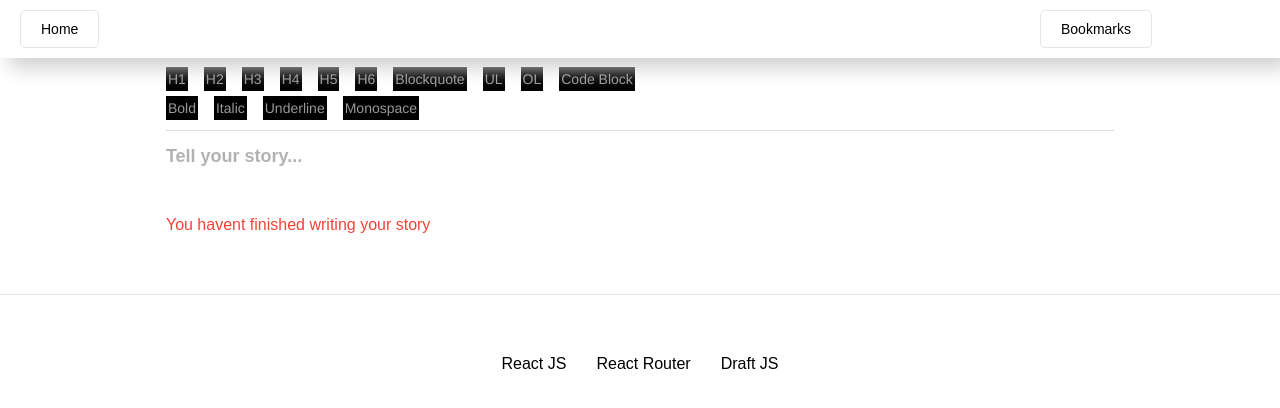
Repository: DevLaukey/task
Page: /react-mini-blog/new
These files come from the project's save history. The page is drawn as it stood at one moment and after the next save; the edit follows.
The browser window is 1280 px wide. The pictures show the whole page.
The project was rebuilt for these pictures with package versions that can differ from the ones it lists, and the page was loaded fresh each time. Also part of the build but not shown: src/data.js, src/helper.js, src/Components/content/content.css, src/Components/content/Bookmarks.js, src/Components/content/Post.js, src/Components/content/Posts.js, src/Components/content/Content.js, src/Components/content/Bookmark.js and 2 more.

Above is the page before, as saved 2022-06-13 13:52:59.

### public/index.html
<!DOCTYPE html>
<html lang="en">
  <head>
    <meta charset="utf-8">
    <meta name="viewport" content="width=device-width, initial-scale=1, shrink-to-fit=no">
    <meta name="theme-color" content="#000000">
    <!--
      manifest.json provides metadata used when your web app is added to the
      homescreen on Android. See https://developers.google.com/web/fundamentals/engage-and-retain/web-app-manifest/
    -->
    <link rel="manifest" href="%PUBLIC_URL%/manifest.json">
    <link rel="shortcut icon" href="%PUBLIC_URL%/favicon.ico">
    <!--
      Notice the use of %PUBLIC_URL% in the tags above.
      It will be replaced with the URL of the `public` folder during the build.
      Only files inside the `public` folder can be referenced from the HTML.

      Unlike "/favicon.ico" or "favicon.ico", "%PUBLIC_URL%/favicon.ico" will
      work correctly both with client-side routing and a non-root public URL.
      Learn how to configure a non-root public URL by running `npm run build`.
    -->
    <title>React Mini Blog - By Zonayed Ahmed</title>
  </head>
  <body>
    <noscript>
      You need to enable JavaScript to run this app.
    </noscript>
    <div id="root"></div>
    <!--
      This HTML file is a template.
      If you open it directly in the browser, you will see an empty page.

      You can add webfonts, meta tags, or analytics to this file.
      The build step will place the bundled scripts into the <body> tag.

      To begin the development, run `npm start` or `yarn start`.
      To create a production bundle, use `npm run build` or `yarn build`.
    -->
  </body>
</html>

### src/App.js
import React, { Component } from "react";
import { BrowserRouter as Router, Route } from "react-router-dom";
import "./App.css";
import data from "./data";
import Footer from "./Components/footer/Footer";
import Header from "./Components/header/Header";
import Content from "./Components/content/Content";
import Bookmark from "./Components/content/Bookmark";
import NewStory from "./Components/posts/NewStory";
import SinglePost from "./Components/posts/SinglePost";

export default class App extends Component {
  constructor(props) {
    super(props);
    this.state = {
      posts: data,
    };

    this.handleBookmark = this.handleBookmark.bind(this);
    this.handleRemoveBookmark = this.handleRemoveBookmark.bind(this);
    this.handleSubmission = this.handleSubmission.bind(this);
    this.handleRemove = this.handleRemove.bind(this);
  }

  handleBookmark(data) {
    let posts = this.state.posts;
    posts = posts.map((post) =>
      post === data
        ? { id: post.id, title: post.title, body: post.body, bookmark: true }
        : post
    );
    this.setState({ posts });
  }

  handleRemoveBookmark(data) {
    let posts = this.state.posts;
    posts = posts.map((post) =>
      post === data
        ? { id: post.id, title: post.title, body: post.body, bookmark: false }
        : post
    );
    this.setState({ posts });
  }

  handleSubmission(data) {
    let posts = this.state.posts;
    posts = [data, ...posts];
    this.setState({ posts });
  }

  handleRemove(post, history) {
    let posts = this.state.posts;
    posts = posts.filter((onepost) => onepost !== post);
    this.setState({ posts });
    history.push("/");
    this.handleWindow();
  }

  handleWindow() {
    window.scrollTo(0, 0);
  }

  render() {
    return (
      <Router basename="/react-mini-blog">
        <div className="App">
          <Route path="*" render={(props) => <Header {...props} />} />
          <Route
            exact
            path="/"
            render={() => (
              <Content
                posts={this.state.posts}
                bookmarks={this.state.posts.filter((post) => post.bookmark)}
                handleBookmark={this.handleBookmark}
                handleRemoveBookmark={this.handleRemoveBookmark}
              />
            )}
          />
          <Route
            exact
            path="/new"
            render={() => <NewStory handleSubmission={this.handleSubmission} />}
          />
          <Route
            exact
            path="/bookmark"
            render={() => (
              <Bookmark
                bookmarks={this.state.posts.filter((post) => post.bookmark)}
              />
            )}
          />
          <Route
            exact
            path="/post/:id"
            render={(props) => (
              <SinglePost
                {...props}
                posts={this.state.posts}
                handleBookmark={this.handleBookmark}
                handleRemoveBookmark={this.handleRemoveBookmark}
                handleRemove={this.handleRemove}
                handleWindow={this.handleWindow()}
              />
            )}
          />
          <Footer />
        </div>
      </Router>
    );
  }
}

### src/App.css
* {
  box-sizing: border-box;
  margin: 0;
  padding: 0;
}

.App {
  width: 100vw;
}

.btn {
  background: #fff;
  border: solid 1px rgba(0, 0, 0, 0.1);
  padding: 10px 20px;
  font-size: 14px;
  border-radius: 5px;
  margin: 10px;
}

a.btn {
  text-decoration: none;
  color: #000;
}

.btn:hover {
  cursor: pointer;
  border-color: #000;
}



.input-title {
  font-size: 32px;
  width: 100%;
  font-weight: 700;
  border: none;
  box-shadow: none;
  padding: 15px 0;
}

.input-title:focus {
  outline: none;
}

.richtext-editor {
  width: calc(100% / 1.35);
  margin: 0 auto;
}

.RichEditor-styleButton {
  background-color: #000;
  color: #fff;
  padding: 2px 5px;
  margin: 0;
  margin-right: 10px;
  border: 2px solid transparent;
}

.RichEditor-activeButton {
  border-color: #000;
  color: #000;
  background-color: transparent;
}

.public-DraftEditorPlaceholder-root {
  padding: 0;
  position: absolute;
  color: rgba(0, 0, 0, 0.3);
  font-weight: 700;
  font-size: 18px;
}

.public-DraftEditorPlaceholder-inner {
  font-size: 18px;
}

.msg-success {
  color: #4caf50;
}

.msg-error {
  color: #f44336;
}

### src/Components/footer/Footer.js
import React from 'react';
import "./footer.css"
export default () => {
  return (
    <footer>
      <div className="footer">
        <ul>
          <li>React JS</li>
          <li>React Router</li>
          <li>Draft JS</li>
        </ul>
      </div>
    </footer>
  )
}

### src/Components/header/Header.js
import React from "react";
import { Link } from "react-router-dom";
import "./header.css";

export default ({ match: { url } }) => {
  return (
    <header>
      <nav className="navbar">
        <div className="header__newStory">
          {url === "/" ? (
            <Link to="/new" className="btn btn-new">
              New Story
            </Link>
          ) : (
            <Link to="/" className="btn btn-new">
              Home
            </Link>
          )}
        </div>
        <div className="header__bookmarks">
          <Link to="/bookmark" className="btn btn-bookmarks">
            Bookmarks
          </Link>
        </div>
      </nav>
    </header>
  );
};

### src/Components/posts/NewStory.js
import React, { Component } from "react";
import uuidv1 from "uuid/v1";
import { Editor, EditorState, RichUtils, getDefaultKeyBinding } from "draft-js";
import { stateToHTML } from "draft-js-export-html";
import BlockStyleControls from "../RichText/BlockStyleControls";
import InlineStyleControls from "../RichText/InlineStyleControls";
import "./posts.css";
import "../../RichText.css";

export default class NewStory extends Component {
  constructor(props) {
    super(props);
    this.state = {
      editorState: EditorState.createEmpty(),
      title: "",
      body: "",
      done: "no",
    };

    this.focus = () => this.refs.editor.focus();
    this.onChange = this.onChange.bind(this);
    this.handleKeyCommand = this._handleKeyCommand.bind(this);
    this.mapKeyToEditorCommand = this._mapKeyToEditorCommand.bind(this);
    this.toggleBlockType = this._toggleBlockType.bind(this);
    this.toggleInlineStyle = this._toggleInlineStyle.bind(this);
    this.handleSubmit = this.handleSubmit.bind(this);
  }

  onChange(editorState) {
    this.setState({ editorState });
    const contentState = this.state.editorState.getCurrentContent();
    const html = stateToHTML(contentState);
    this.state.title && this.state.body
      ? this.setState({ done: "done" })
      : console.log(
        "DevLaukey"
        );
    this.setState({ body: html });
  }

  _handleKeyCommand(command, editorState) {
    const newState = RichUtils.handleKeyCommand(editorState, command);
    if (newState) {
      this.onChange(newState);
      return true;
    }
    return false;
  }

  _mapKeyToEditorCommand(e) {
    if (e.keyCode === 9 /* TAB */) {
      const newEditorState = RichUtils.onTab(
        e,
        this.state.editorState,
        4 /* maxDepth */
      );
      if (newEditorState !== this.state.editorState) {
        this.onChange(newEditorState);
      }
      return;
    }
    return getDefaultKeyBinding(e);
  }

  _toggleBlockType(blockType) {
    this.onChange(RichUtils.toggleBlockType(this.state.editorState, blockType));
  }

  _toggleInlineStyle(inlineStyle) {
    this.onChange(
      RichUtils.toggleInlineStyle(this.state.editorState, inlineStyle)
    );
  }

  handleSubmit() {
    const { title, body } = this.state;
    if (title && body) {
      let newStory = { id: uuidv1(), title, body, bookmark: false };
      this.props.handleSubmission(newStory);
      this.setState({
        editorState: EditorState.createEmpty(),
        title: "",
        body: "",
        done: "submitted",
      });
    }
  }

  render() {
    const { editorState } = this.state;
    let className = "RichEditor-editor";
    var contentState = editorState.getCurrentContent();
    if (!contentState.hasText()) {
      if (contentState.getBlockMap().first().getType() !== "unstyled") {
        className += " RichEditor-hidePlaceholder";
      }
    }

    const { title, done } = this.state;

    return (
      <div className="richtext-editor">
        <input
          type="text"
          className="input-title"
          value={title}
          onChange={(e) => this.setState({ title: e.target.value })}
          placeholder="Title"
        />
        <BlockStyleControls
          editorState={editorState}
          onToggle={this.toggleBlockType}
        />
        <InlineStyleControls
          editorState={editorState}
          onToggle={this.toggleInlineStyle}
        />
        <div className={className} onClick={this.focus}>
          <Editor
            blockStyleFn={getBlockStyle}
            editorState={editorState}
            handleKeyCommand={this.handleKeyCommand}
            keyBindingFn={this.mapKeyToEditorCommand}
            onChange={this.onChange}
            placeholder="Tell your story..."
            ref="editor"
            spellCheck={true}
          />
        </div>
        {done === "done" ? (
          <button onClick={this.handleSubmit} className="btn btn-submit">
            Submit
          </button>
        ) : done === "submitted" ? (
          <span className="msg-success">Your story has been submitted</span>
        ) : (
          <span className="msg-error">
            You havent finished writing your story
          </span>
        )}
      </div>
    );

    function getBlockStyle(block) {
      switch (block.getType()) {
        case "blockquote":
          return "RichEditor-blockquote";
        default:
          return null;
      }
    }
  }
}

### src/Components/footer/footer.css

footer {
  clear: both;
  padding: 60px 0;
}

.footer ul {
  margin: 0;
  padding: 0;
  padding-top: 60px;
  border-top: solid 1px rgba(0, 0, 0, 0.10);
  text-align: center;
}

.footer ul li {
  list-style: none;
  display: inline-block;
  margin: 0 15px;
}

.footer ul li a {
  background-color: #000;
  color: #fff;
  text-decoration: none;
  padding: 2px 5px;
  border-radius: 4px;
}

### src/Components/header/header.css
header {
  background-color: white;
  position: fixed;
  top: 0;
  width: 100%;
  box-shadow: 10px 10px 19px #d0d0d0, -10px -10px 19px #f0f0f0;
}
.navbar {
  display: flex;
  justify-content: space-between;
  margin: 20px 10px;
  width: 90vw;
}

### src/Components/RichText/BlockStyleControls.js
import React from 'react';

import StyleButton from './StyleButton';

const BLOCK_TYPES = [
  {label: 'H1', style: 'header-one'},
  {label: 'H2', style: 'header-two'},
  {label: 'H3', style: 'header-three'},
  {label: 'H4', style: 'header-four'},
  {label: 'H5', style: 'header-five'},
  {label: 'H6', style: 'header-six'},
  {label: 'Blockquote', style: 'blockquote'},
  {label: 'UL', style: 'unordered-list-item'},
  {label: 'OL', style: 'ordered-list-item'},
  {label: 'Code Block', style: 'code-block'},
];

export default(props) => {
  const {editorState} = props;
  const selection = editorState.getSelection();
  const blockType = editorState
    .getCurrentContent()
    .getBlockForKey(selection.getStartKey())
    .getType();
  return (
    <div className="RichEditor-controls">
      {BLOCK_TYPES.map((type) =>
        <StyleButton
          key={type.label}
          active={type.style === blockType}
          label={type.label}
          onToggle={props.onToggle}
          style={type.style}
        />
      )}
    </div>
  );
};

### src/Components/RichText/InlineStyleControls.js
import React from 'react';

import StyleButton from './StyleButton';

var INLINE_STYLES = [
  {label: 'Bold', style: 'BOLD'},
  {label: 'Italic', style: 'ITALIC'},
  {label: 'Underline', style: 'UNDERLINE'},
  {label: 'Monospace', style: 'CODE'},
];

export default(props) => {
  const currentStyle = props.editorState.getCurrentInlineStyle();

  return (
    <div className="RichEditor-controls">
      {INLINE_STYLES.map((type) =>
        <StyleButton
          key={type.label}
          active={currentStyle.has(type.style)}
          label={type.label}
          onToggle={props.onToggle}
          style={type.style}
        />
      )}
    </div>
  );
};

### src/RichText.css
.RichEditor-root {
  background: #fff;
  border: 1px solid #ddd;
  font-family: 'Georgia', serif;
  font-size: 14px;
  padding: 15px;
}

.RichEditor-editor {
  border-top: 1px solid #ddd;
  cursor: text;
  font-size: 16px;
  margin-top: 10px;
}

.RichEditor-editor .public-DraftEditorPlaceholder-root,
.RichEditor-editor .public-DraftEditor-content {
  margin: 0 -15px -15px;
  padding: 15px;
}

.RichEditor-editor .public-DraftEditor-content {
  min-height: 100px;
}

.RichEditor-hidePlaceholder .public-DraftEditorPlaceholder-root {
  display: none;
}

.RichEditor-editor .RichEditor-blockquote {
  border-left: 5px solid #eee;
  color: #666;
  font-family: 'Hoefler Text', 'Georgia', serif;
  font-style: italic;
  margin: 16px 0;
  padding: 10px 20px;
}

.RichEditor-editor .public-DraftStyleDefault-pre {
  background-color: rgba(0, 0, 0, 0.05);
  font-family: 'Inconsolata', 'Menlo', 'Consolas', monospace;
  font-size: 16px;
  padding: 20px;
}

.RichEditor-controls {
  font-family: 'Helvetica', sans-serif;
  font-size: 14px;
  margin-bottom: 5px;
  user-select: none;
}

.RichEditor-styleButton {
  color: #999;
  cursor: pointer;
  margin-right: 16px;
  padding: 2px 0;
  display: inline-block;
}

.RichEditor-activeButton {
  color: #5890ff;
}

### src/Components/RichText/StyleButton.js
import React from 'react';

export default class StyleButton extends React.Component {
  constructor() {
    super();
    this.onToggle = (e) => {
      e.preventDefault();
      this.props.onToggle(this.props.style);
    };
  }
  render() {
    let className = 'RichEditor-styleButton';
    if (this.props.active) {
      className += ' RichEditor-activeButton';
    }
    return (
      <span className={className} onMouseDown={this.onToggle}>
        {this.props.label}
      </span>
    );
  }
}

Loaded but not shown: src/index.js (common file); src/index.css (common file); src/registerServiceWorker.js (common file)

After the next save:
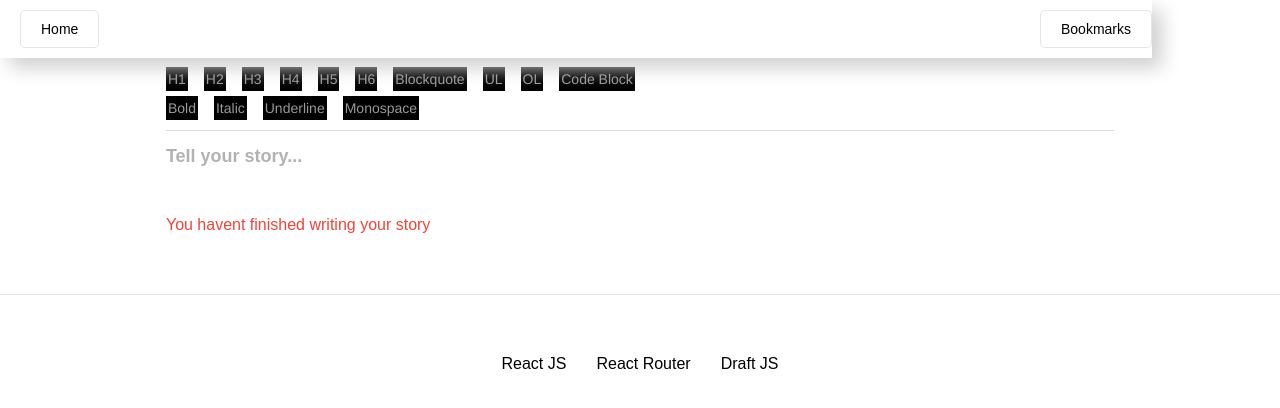
Saved 28 s later.
--- a/src/Components/header/header.css
+++ b/src/Components/header/header.css
@@ -2,7 +2,7 @@
   background-color: white;
   position: fixed;
   top: 0;
-  width: 100%;
+  width: 90%;
   box-shadow: 10px 10px 19px #d0d0d0, -10px -10px 19px #f0f0f0;
 }
 .navbar {

After the save that followed:
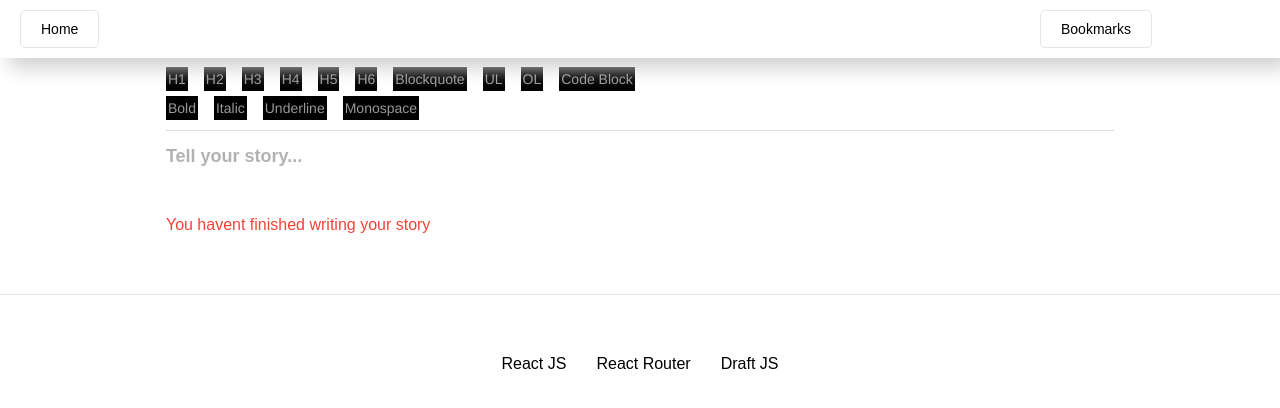
Saved 7 s later.
--- a/src/Components/header/header.css
+++ b/src/Components/header/header.css
@@ -2,7 +2,7 @@
   background-color: white;
   position: fixed;
   top: 0;
-  width: 90%;
+  width: 100vw;
   box-shadow: 10px 10px 19px #d0d0d0, -10px -10px 19px #f0f0f0;
 }
 .navbar {
